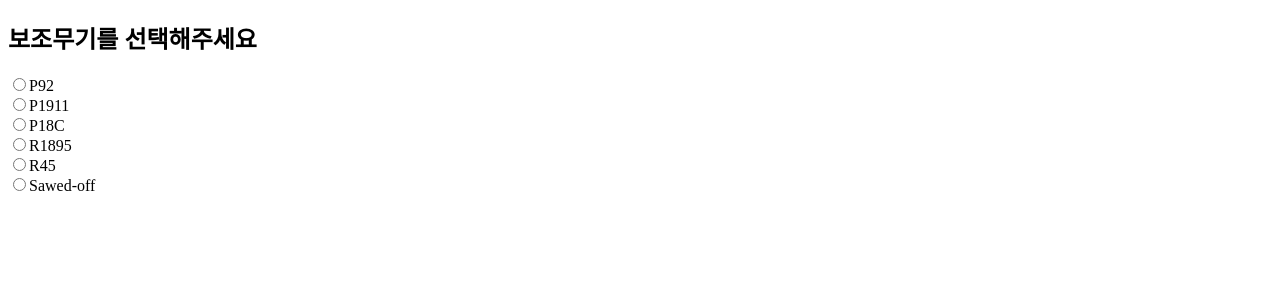
Repository: Tak-kuen/18-2
Page: http://localhost/1501163-report1/subWeaponSelect.jsp
An editor plug-in stored every save of this project. The page is shown before and after the next save, followed by the edit.
The browser window is 1280 px wide. The pictures show the whole page.
The page is served by Tomcat 9.

Above is the page before, as saved 2018-09-07 06:44:31.

After the next save:
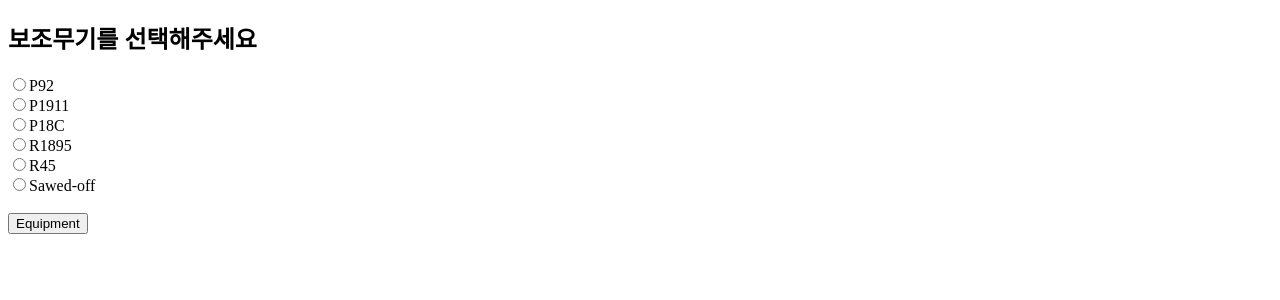
Saved 41 s later.
--- a/code/1501163-report1/WebContent/subWeaponSelect.jsp
+++ b/code/1501163-report1/WebContent/subWeaponSelect.jsp
@@ -15,6 +15,8 @@
 <input type="radio" name="sub" value="r1895">R1895<br/>
 <input type="radio" name="sub" value="r45">R45<br/>
 <input type="radio" name="sub" value="saw">Sawed-off<br/>
+<br/>
+<input type="submit" value="Equipment">
 <%
 %>
 </form>
